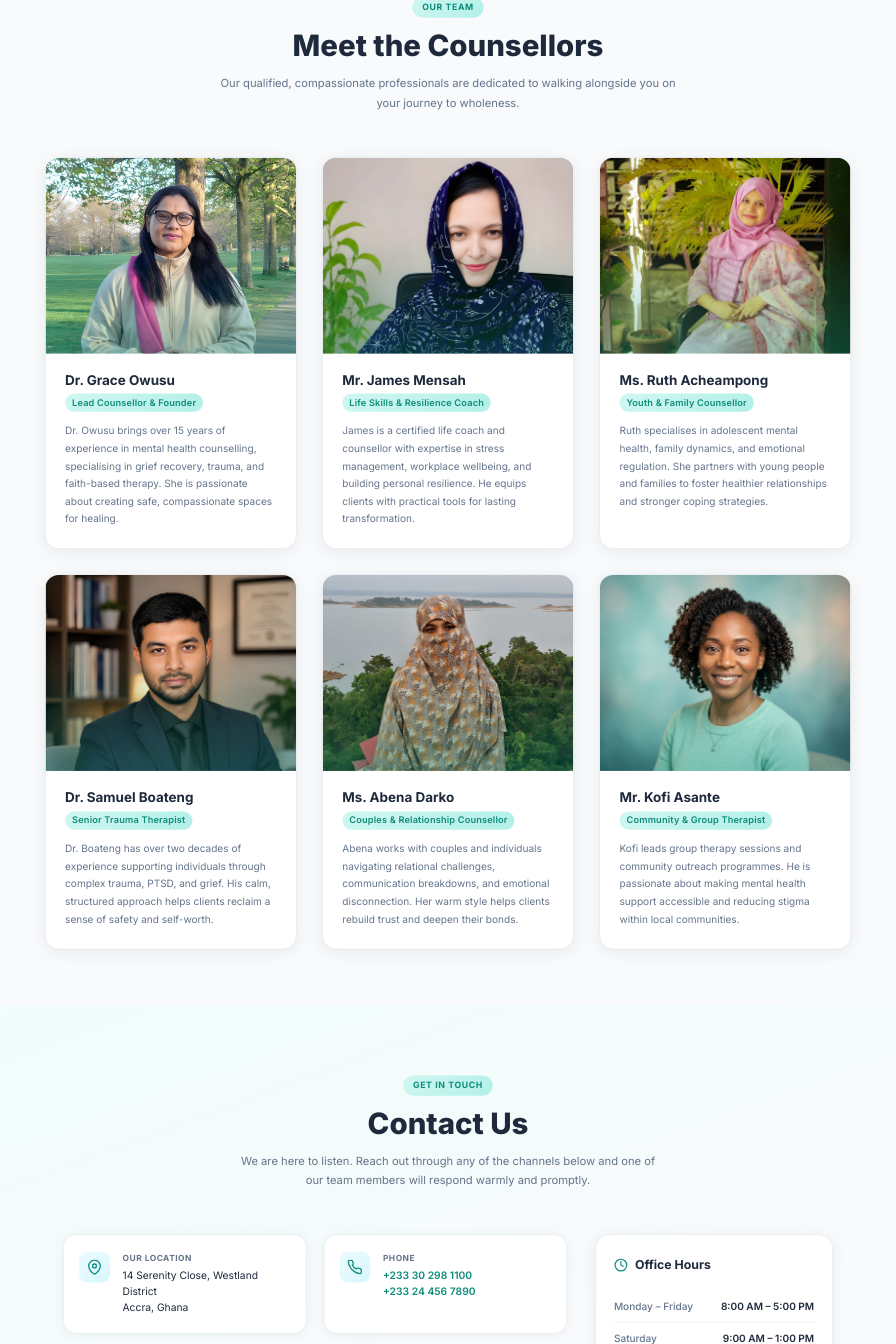
Repository: Tan47s/Lifelogo
Page: /
These files come from the project's save history. The page is drawn as it stood at one moment and after the next save; the edit follows.
The browser window is 1280 px wide. The pictures show the part of the page from y = 2316 to 4236 px (the page is 4886 px tall), at 70% of full size.
The project was rebuilt for these pictures with package versions that can differ from the ones it lists, and the page was loaded fresh each time. Also part of the build but not shown: vite.config.js.

Above is the page before, as saved 2026-08-09 16:44:53.

After the next save:
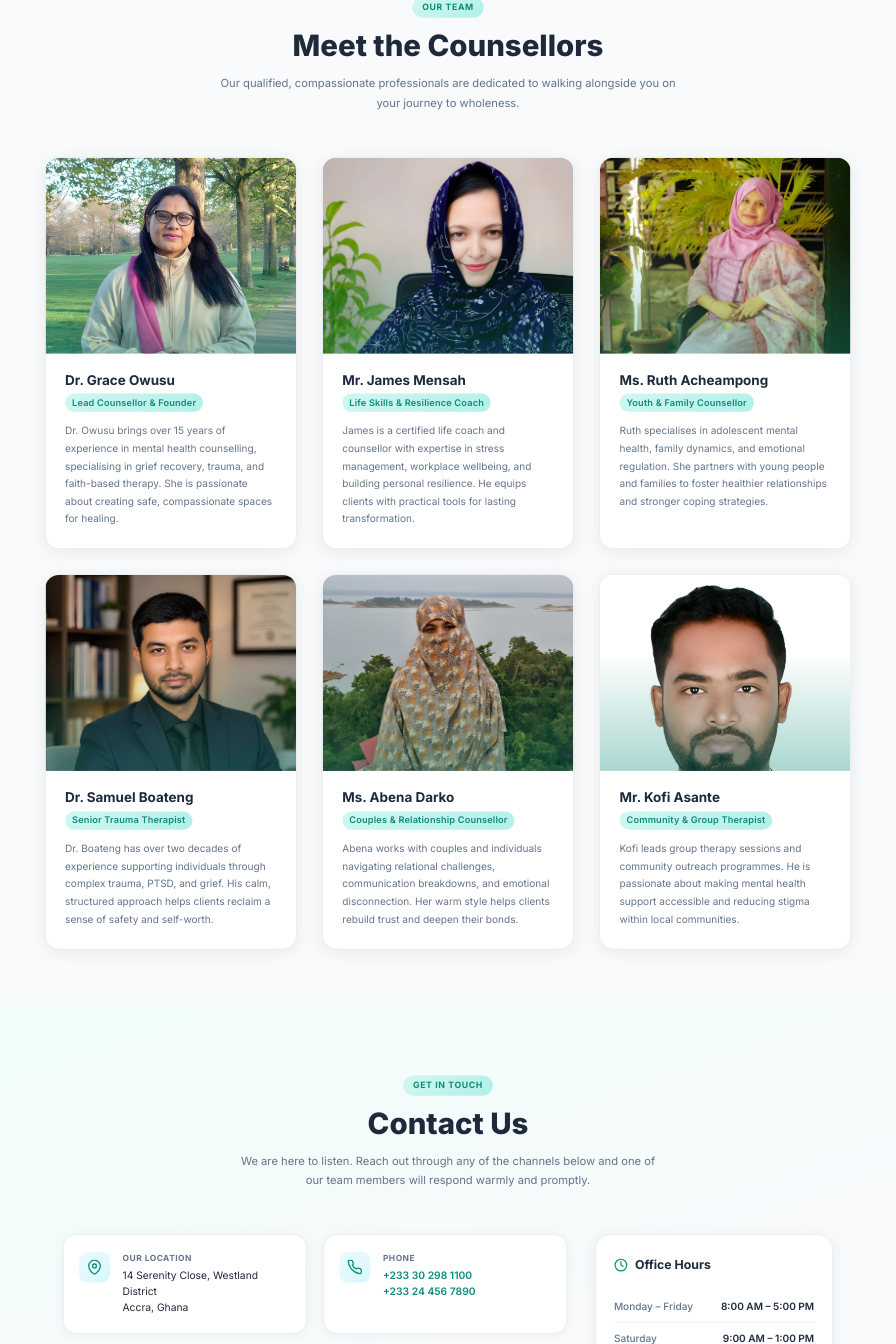
Saved 6 s later.
--- a/src/comp/Counsellors.jsx
+++ b/src/comp/Counsellors.jsx
@@ -5,7 +5,7 @@ import c2 from '../assets/counsellor2.jpg'
 import c3 from '../assets/counsellor3.jpeg'
 import c4 from '../assets/counsellor4.jpeg'
 import c5 from '../assets/counsellor5.jpeg'
-import c6 from '../assets/counsellor6.png'
+import c6 from '../assets/counsellor6.jpeg'
 
 const counsellors = [
   {
